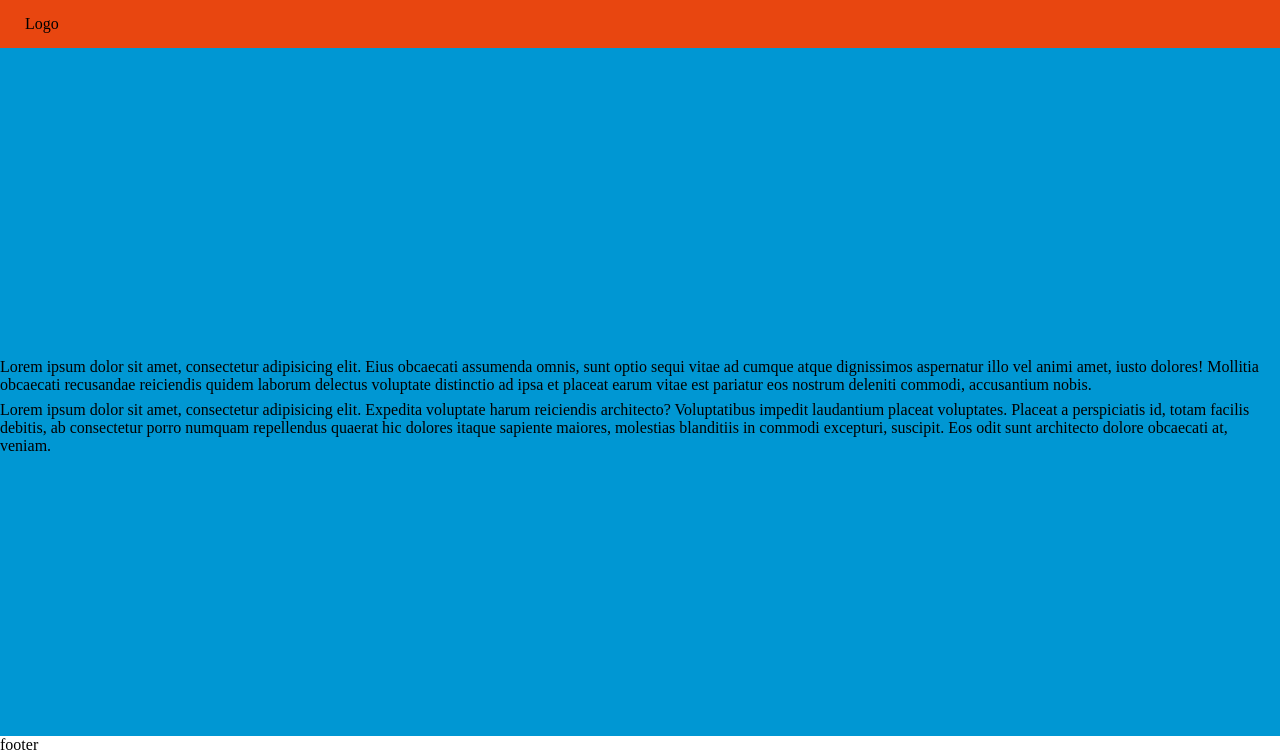
Repository: Matt-F90/mini-project
Page: index.html
The author's editor kept a record of every edit. The page is drawn from the files as they stood at one moment, then again after the next edit.
The browser window is 1280 px wide. The pictures show the whole page.

Above is the page before.

After the next edit:
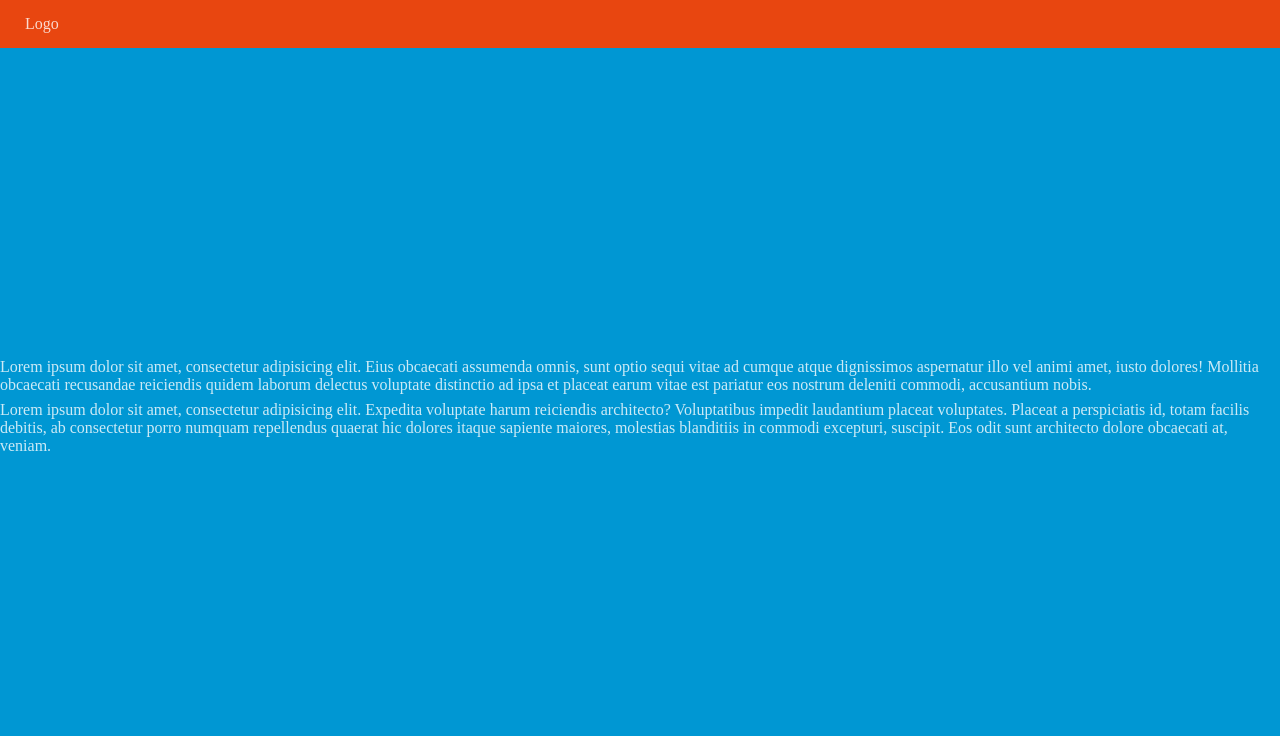
The edit:
--- a/main.css
+++ b/main.css
@@ -1,6 +1,7 @@
 body, html {
     height:100%;
     margin: 0;
+    color: rgba(255, 255, 255, .8)
 }
 
 .header {
@@ -25,7 +26,3 @@
     top: 50%;
     transform: translateY(-50%);
 }
-
-.section-paragraph {
-    font-size: 1em;
-}
